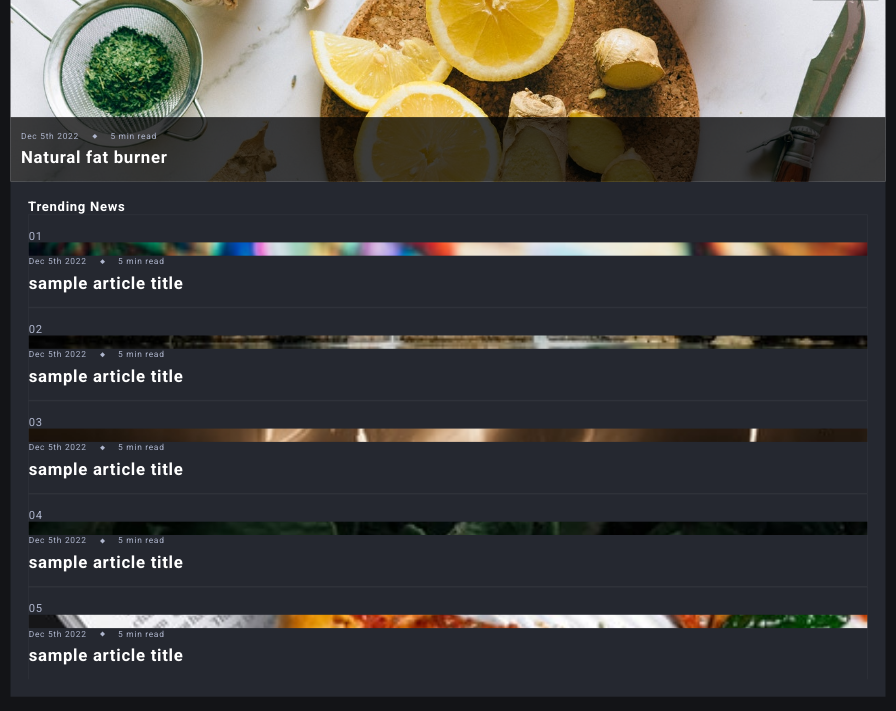
Repository: Junichi-Machii/news-blog-test
Page: index.html
The author's editor kept a copy of each file at every save. The page is drawn from the files as they stood at one save, then again after the next save.
The browser window is 1280 px wide. The pictures show the part of the page from y = 826 to 2746 px (the page is 1841 px tall before and 2746 px after), at 70% of full size.
The style sheet was rebuilt from its Sass, Less or Tailwind sources for each picture, by a compiler version that may differ from the author's.

Above is the page before, as saved 2023-05-12 11:16:41.

### index.html
<html lang="ja">
  <head>
    <meta charset="UTF-8" />
    <meta http-equiv="X-UA-Compatible" content="IE=edge" />
    <meta name="viewport" content="width=device-width, initial-scale=1.0" />
    <title>NewsFlash | Home</title>
    <!-- Favicon -->
    <link
      rel="icon"
      type="image/png"
      sizes="32x32"
      href="./assets/images/favicon.png"
    />
    <!-- Remix icons -->
    <link
      href="https://cdn.jsdelivr.net/npm/remixicon@2.5.0/fonts/remixicon.css"
      rel="stylesheet"
    />
    <!-- Swiper.js styles -->
    <link rel="stylesheet" href="./css/swiper-bundle.min.css" />
    <!-- Custom styles -->
    <link rel="stylesheet" href="./css/style.css" />
  </head>
  <body>
    <!-- Header -->
    <header class="header" id="header">
      <nav class="header__navbar container">
        <a href="./index.html">
          <h2 class="header__logo">News Blog</h2>
        </a>
        <div class="header__menu" id="menu">
          <ul class="list">
            <li class="header__menuItem">
              <a href="#" class="header__menuLink current">Home</a>
            </li>
            <li class="header__menuItem">
              <a href="#" class="header__menuLink">Category</a>
            </li>
            <li class="header__menuItem">
              <a href="#" class="header__menuLink">Reviews</a>
            </li>
            <li class="header__menuItem">
              <a href="#" class="header__menuLink">News</a>
            </li>
            <li class="header__menuItem">
              <a href="#" class="header__menuLink">Membership</a>
            </li>
            <li class="header__menuItem">
              <a href="#" class="header__menuLink">Contact</a>
            </li>
            <li class="header__menuItem screen-lg-hidden">
              <a href="#" class="header__menuLink">Sign In</a>
            </li>
            <li class="header__menuItem screen-lg-hidden">
              <a href="#" class="header__menuLink">Sign Up</a>
            </li>
          </ul>
        </div>

        <div class="list list__right">
          <button class="btn place__items-center" id="theme-toggle-btn">
            <i class="ri-sun-line sun-icon"></i>
            <i class="ri-moon-line moon-icon"></i>
          </button>

          <button class="btn place__items-center" id="search-icon">
            <i class="ri-search-line"></i>
          </button>

          <button
            class="btn place__items-center screen-lg-hidden menu-toggle-icon"
            id="menu-toggle-icon"
          >
            <i class="ri-menu-3-line open-menu-icon"></i>
            <i class="ri-close-line close-menu-icon"></i>
          </button>

          <a href="#" class="list-link screen-sm-hidden">Sign in</a>
          <a
            href="#"
            class="list-link screen-sm-hidden btn sign-up-btn fancy-boder"
          >
            <span>Sign in</span>
          </a>
        </div>
      </nav>
    </header>
    <!-- Search -->
    <div class="search-form-container container" id="search-form-container">
      <div class="form-container-inner">
        <form action="" class="form">
          <input
            type="text"
            placeholder="What are looking for?"
            class="form-input"
          />
          <button class="btn form-btn" type="submit">
            <i class="ri-search-line"></i>
          </button>
        </form>
        <span class="form-note">Or press ESC close.</span>
      </div>

      <button class="btn form-close-btn place-items-center" id="form-close-btn">
        <i class="ri-close-line"></i>
      </button>
    </div>
    <!-- Featured articles -->
    <section class="featured-articles section-header-offset">
      <div class="featured-articles-container container d-gird">
        <div class="featured-content d-grid">
          <div class="headline-banner">
            <h3 class="headline fancy-border">
              <span class="place-items-center">Breaking news</span>
            </h3>
            <span class="headline-description"
              >Apple announces a new partnership...</span
            >
          </div>

          <a
            href="./post.html"
            class="article featured-article featured-article-1"
          >
            <img
              src="./assets/images/featured/featured-1.jpg"
              class="article-image"
              alt=""
            />
            <span class="article-category">Technology</span>

            <div class="article-data-container">
              <div class="article-data">
                <span>Dec 5th 2023</span>
                <span class="article-data-spacer"></span>
                <span>8 min read</span>
              </div>
              <h3 class="title article-title">Is VR the future?</h3>
            </div>
          </a>

          <a
            href="./post.html"
            class="article featured-article featured-article-2"
          >
            <img
              src="./assets/images/featured/featured-2.jpg"
              class="article-image"
              alt=""
            />
            <span class="article-category">Technology</span>

            <div class="article-data-container">
              <div class="article-data">
                <span>Dec 6th 2022</span>
                <span class="article-data-spacer"></span>
                <span>4 Min read</span>
              </div>

              <h3 class="title article-title">Fine dining</h3>
            </div>
          </a>

          <a
            href="./post.html"
            class="article featured-article featured-article-3"
          >
            <img
              src="./assets/images/featured/featured-3.jpg"
              class="article-image"
              alt=""
            />
            <span class="article-category">Technology</span>

            <div class="article-data-container">
              <div class="article-data">
                <span>Dec 5th 2022</span>
                <span class="article-data-spacer"></span>
                <span>5 min read</span>
              </div>

              <h3 class="title article-title">Natural fat burner</h3>
            </div>
          </a>
        </div>

        <!-- sidebar -->

        <div class="sidebar d-grid">

            <h3 class="title featured-content-title">Trending News</h3>

            <a href="#" class="trending-news__box">
                <div class="trending-news__image-box">
                    <span class="trending-number place-items-center">01</span>
                    <img src="./assets/images/trending/trending_1.jpg" alt="" class="article-image">
                </div>

                <div class="trending-news__data">
                   <div class="article-data">
                        <span>Dec 5th 2022</span>
                        <span class="article-data-spacer"></span>
                        <span>5 min read</span>
                   </div>

                   <h3 class="title article-title">sample article title</h3>
                </div>
            </a>

            <a href="#" class="trending-news__box">
                <div class="trending-news__image-box">
                    <span class="trending-number place-items-center">02</span>
                    <img src="./assets/images/trending/trending_2.jpg" alt="" class="article-image">
                </div>

                <div class="trending-news__data">
                   <div class="article-data">
                        <span>Dec 5th 2022</span>
                        <span class="article-data-spacer"></span>
                        <span>5 min read</span>
                   </div>

                   <h3 class="title article-title">sample article title</h3>
                </div>
            </a>

            <a href="#" class="trending-news__box">
                <div class="trending-news__image-box">
                    <span class="trending-number place-items-center">03</span>
                    <img src="./assets/images/trending/trending_3.jpg" alt="" class="article-image">
                </div>

                <div class="trending-news__data">
                   <div class="article-data">
                        <span>Dec 5th 2022</span>
                        <span class="article-data-spacer"></span>
                        <span>5 min read</span>
                   </div>

                   <h3 class="title article-title">sample article title</h3>
                </div>
            </a>

            <a href="#" class="trending-news__box">
                <div class="trending-news__image-box">
                    <span class="trending-number place-items-center">04</span>
                    <img src="./assets/images/trending/trending_4.jpg" alt="" class="article-image">
                </div>

                <div class="trending-news__data">
                   <div class="article-data">
                        <span>Dec 5th 2022</span>
                        <span class="article-data-spacer"></span>
                        <span>5 min read</span>
                   </div>

                   <h3 class="title article-title">sample article title</h3>
                </div>
            </a>

            <a href="#" class="trending-news__box">
                <div class="trending-news__image-box">
                    <span class="trending-number place-items-center">05</span>
                    <img src="./assets/images/trending/trending_5.jpg" alt="" class="article-image">
                </div>

                <div class="trending-news__data">
                   <div class="article-data">
                        <span>Dec 5th 2022</span>
                        <span class="article-data-spacer"></span>
                        <span>5 min read</span>
                   </div>

                   <h3 class="title article-title">sample article title</h3>
                </div>
            </a>
        </div>
      </div>
    </section>
    <!-- Quick read -->

    <!-- Older posts -->

    <!-- Popular tags -->

    <!-- Newsletter -->

    <!-- Footer -->

    <!-- Swiper.js -->
    <script src="./js/swiper-bundle.min.js"></script>
    <!-- Custom script -->
    <script src="./js/main.js"></script>
  </body>
</html>

### js/main.js
// Grab elements
const selectElement = (selector) => {
  const element = document.querySelector(selector);
  if(element) return element;
  throw new Error(`Something went wrong! Make sure that ${selector} exists/is typed correctly.`);
};
//Nav styles on scroll
const scrollHeader = () => {
  const headerElement = selectElement('#header');
  if(this.scrollY >= 15) {
    headerElement.classList.add('activated');
  }else {
    headerElement.classList.remove('activated');
  }
};

window.addEventListener('scroll', scrollHeader)
// Open menu & search pop-up
const menuToggleIcon = selectElement('#menu-toggle-icon');

const toggleMenu = () =>{
  const mobileMenu = selectElement('#menu');
  mobileMenu.classList.toggle('activated');
  menuToggleIcon.classList.toggle('activated');
}

menuToggleIcon.addEventListener('click', toggleMenu);
// Open/Close search form popup
const formOpenBtn = selectElement('#search-icon');
const formCloseBtn = selectElement('#form-close-btn');
const searchFormContainer = selectElement('#search-form-container');

formOpenBtn.addEventListener('click', () => searchFormContainer.classList.add('activated'));

formCloseBtn.addEventListener('click', () => searchFormContainer.classList.remove('activated'));

// -- Close the search form popup on ESC keypress
window.addEventListener('keyup', event => {
  if(event.key === 'Escape') searchFormContainer.classList.remove('activated');
});
// Switch theme/add to local storage
const bodyElement = document.body;
const themeToggleBtn = selectElement('#theme-toggle-btn');
const currentTheme = localStorage.getItem('currentTheme');

if(currentTheme){
  bodyElement.classList.add('light-theme');
}

themeToggleBtn.addEventListener('click', () => {
  bodyElement.classList.toggle('light-theme');

  if(bodyElement.classList.contains('light-theme')){
    localStorage.setItem('currentTheme', 'themeActive');
  }else {
    localStorage.removeItem('currentTheme');
  }
});
// Swiper

### style.scss
/* Import font */
@import url("https://fonts.googleapis.com/css2?family=Roboto:ital,wght@0,400;0,700;1,400;1,700&display=swap");

@import url("https://fonts.googleapis.com/css2?family=Poppins:wght@300;400;600;700&display=swap");

/* Custom properties */
:root {
  --light-color: #fff;
  --light-color-alt: #afb6cd;
  --primary-background-color: #131417;
  --secondary-background-color: #252830;
  --hover-light-color: var(--light-color);
  --hover-dark-color: var(--primary-background-color);
  --gradient-color: linear-gradient(
    115deg,
    #4fcf70,
    #fad648,
    #a767e5,
    #12bcfe,
    #44ce7b
  );
  --transparent-light-color: rgba(255, 255, 255, 0.05);
  --transparent-dark-color: rgba(0, 0, 0, 0.75);
  --font-family: "Roboto", sans-serif;
  --font-size-xsm: 1.2rem;
  --font-size-sm: 1.6rem;
  --font-size-md: 2.4rem;
  --font-size-lg: 3rem;
  --font-size-xl: 4rem;
  --gap: 2rem;
  --margin-sm: 2rem;
  --margin-md: 3rem;
  --item-min-height-sm: 20rem;
  --item-min-height-md: 30rem;
}

/* Base styles */
body {
  font-family: var(--font-family);
  font-size: var(--font-size-sm);
  color: var(--light-color-alt);
  background-color: var(--primary-background-color);
  letter-spacing: 1px;
  transition: background-color 0.25s, color 0.25s;
}

a {
  text-decoration: none;
  color: inherit;
}

img {
  max-width: 100%;
  display: block;
}

ul {
  list-style: none;
}

input,
button {
  font: inherit;
  color: inherit;
  border: none;
  background-color: transparent;
  outline: none;
}

i {
  font-size: var(--font-size-md);
}

* {
  margin: 0;
  padding: 0;
  box-sizing: border-box;
}

html {
  // font-size: 10px;
  font-size: 62.5%;
}
/* Theme color change */
body.light-theme {
  --light-color: #3d3d3d;
  --light-color-alt: rgba(0, 0, 0, 0.6);
  --primary-background-color: #fff;
  --hover-light-color: #fff;
  --secondary-background-color: #f1f1f1;
  --transparent-light-color: #252830;
  --transparent-dark-color: rgba(0, 0, 0, 0.1);
}
/* Reusable classes */
.container {
  max-width: 160rem;
  margin: 0 auto;
  padding: 0 1.5rem;
}

.place__items-center {
  display: inline-block;
  align-items: center;
  justify-content: center;
}

.screen-sm-hidden {
  display: none;
}

.btn {
  cursor: pointer;
  &:hover,
  &:hover span {
    color: var(--light-color);
  }
}

.d-grid {
  display: grid;
}

.section {
  padding-block: 5rem;
}

.title {
  color: var(--light-color);
}
/* Header */
.header {
  background-color: var(--secondary-background-color);
  position: fixed;
  top: 0;
  left: 0;
  width: 100%;
  z-index: 999;

  &__navbar {
    display: flex;
    align-items: center;
    justify-content: space-between;
    padding-block: 1.5rem;
  }

  &__logo {
    font-size: var(--font-size-md);
    color: var(--light-color);
  }

  &__menu {
    position: absolute;
    top: 8.5rem;
    right: 1.5rem;
    width: 23rem;
    padding: 1.5rem;
    background-color: var(--secondary-background-color);
    opacity: 0;
    transform: scale(0);
    transition: opacity 0.25s ease-in-out;

    & > .list {
      flex-direction: column;
    }
  }

  &__menuLink {
    &:hover {
      color: var(--light-color);
    }

    &.current {
      color: var(--light-color);
    }
  }
}

.list {
  display: flex;
  align-items: center;
  gap: var(--gap);
}

.close-menu-icon {
  display: none;
}

.moon-icon {
  display: none;
}

.light-theme {
  & .sun-icon {
    display: none;
  }

  & .moon-icon {
    display: block;
  }
}

/* Header JavaScript Styles */
.header.activated {
  box-shadow: 0 1px 0.5rem --transparent-light-color;
}
.header__menu.activated {
  box-shadow: 1px 1px 1rem --transparent-light-color;
  opacity: 1;
  transform: scale(1);
}

.menu-toggle-icon.activated .open-menu-icon {
  display: none;
}

.menu-toggle-icon.activated .close-menu-icon {
  display: block;
}
/* Search */
.search-form-container {
  width: 100%;
  max-width: 100%;
  height: 100vh;
  background-color: var(--primary-background-color);
  position: fixed;
  top: 0;
  left: 0;
  z-index: 9999;
  display: flex;
  opacity: 0;
  transform: scale(0);
  transition: opacity 0.5s;
}

.form-container-inner {
  margin: auto;
  display: flex;
  flex-direction: column;
  gap: var(--gap);
  text-align: center;
}

.form {
  display: flex;
  justify-content: center;
}

.form-input,
.form-btn {
  display: inline-block;
  border: 2px solid var(--secondary-background-color);
  padding: 1.5rem;
}

.form-input {
  border-right: none;
  width: 100%;
}

.form-btn {
  margin-left: -0.5rem;
  border-left: none;
  background-color: var(--secondary-background-color);
  width: 8rem;
}

.form-note {
  font-size: var(--font-size-xsm);
  align-self: flex-end;
}

.form-close-btn {
  position: absolute;
  top: 1.5rem;
  right: 1.5rem;
  border: 2px solid var(--secondary-background-color);
  width: 4rem;
  height: 4rem;
}
/* Form JavaScript styles */
.search-form-container.activated {
  opacity: 1;
  transform: scale(1);
}
/* Featured articles */
.featured-articles {
  padding-block: 2rem;
}

.section-header-offset {
  margin-top: 7.4rem;
}

.featured-articles-container,
.featured-content {
  gap: var(--gap);
}

.headline-banner {
  background-color: var(--secondary-background-color);
  display: flex;
  align-items: center;
  gap: var(--gap);
  font-size: var(--font-size-xsm);
}

.headline {
  color: var(--light-color);
  font-size: 1rem;
  text-transform: uppercase;
  text-align: center;
  padding: 0.4rem;
  height: 100%;

  & span {
    height: inherit;
  }
}

.fancy-border {
  position: relative;
  overflow: hidden;

  &::before {
    content: "";
    position: absolute;
    top: 0;
    left: 0;
    width: 200%;
    height: 100%;
    background: var(--gradient-color);
    background-size: 50% 100%;
    z-index: 5;
  }

  & span {
    position: relative;
    z-index: 10;
    display: inline-flex;
    padding: 0.6rem 1.5rem;
    background-color: var(--secondary-background-color);
  }
}

.article {
  position: relative;
  min-height: var(--item-min-height-md);

  &-image {
    position: absolute;
    width: 100%;
    height: 100%;
    object-fit: cover;
    transition: transform 0.25s;
  }

  &-category {
    position: absolute;
    top: 1rem;
    right: 1rem;
    padding: 1rem;
    font-size: 1rem;
    background-color: var(--primary-background-color);
    color: var(--light-color);
    text-transform: uppercase;
    z-index: 10;
  }

  &-data-container {
    position: absolute;
    bottom: 0;
    left: 0;
    padding: 2rem 1.5rem;
    background-color: var(--transparent-dark-color);
    z-index: 10;
    width: 100%;
    transition: background-color 0.5s;
  }

  &:hover &-data-container {
    background-color: var(--hover-dark-color);
    color: var(--hover-light-color);
  }
  &:hover &-data-spacer {
    background-color: var(--hover-light-color);
  }

  &-data {
    display: flex;
    align-items: center;
    gap: var(--gap);
    font-size: var(--font-size-xsm);
    margin-bottom: 1rem;
  }

  &-data-spacer {
    width: 0.5rem;
    height: 0.5rem;
    background-color: var(--light-color-alt);
    transform: rotate(45deg);
  }

  &-title {
    font-size: var(--font-size-md);
  }
}

/* Featured articles - Sidebar */
.sidebar {
  background-color: var(--secondary-background-color);
  padding: 2.5rem;
}

.trending-news {
  &__box {
    display: flex;
    flex-direction: column;
    gap: var(--gap);
    padding-block: 2rem;
    border: 1px solid var(--transparent-light-color);

    &:last-of-type {
      border-bottom: none;
    }
  }

  &__image-box {
    position: relative;
    width: 100%;
    height: --i;
  }
}
/* Quick read */

/* Quick read - Swiper */

/* Older posts */

/* Popular tags */

/* Newsletter */

/* Footer */

/* Scrollbar styles */

/* Blog post */

/* Media queries */

Loaded but not shown: css/swiper-bundle.min.css (library); js/swiper-bundle.min.js (library)

After the next save:
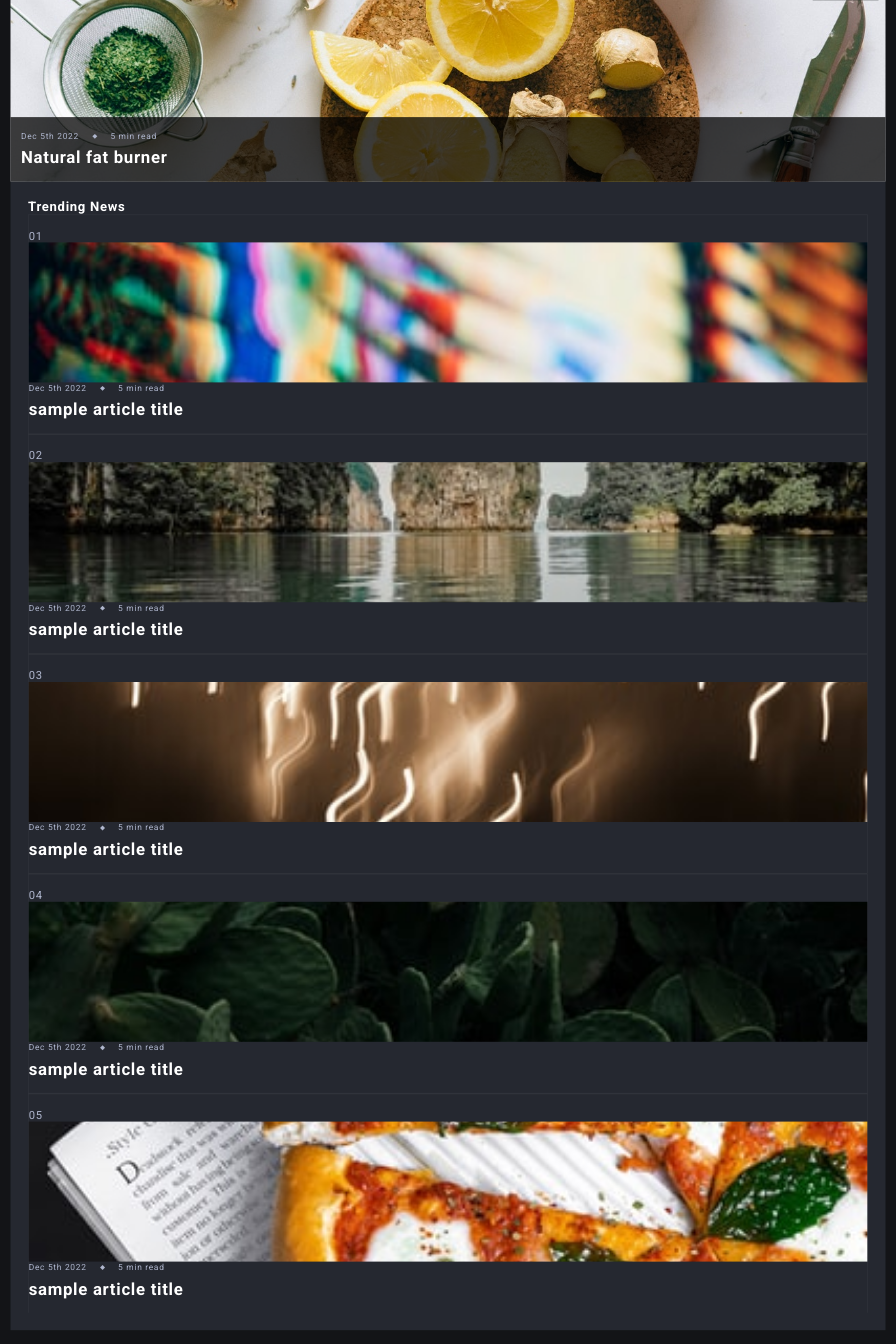
Saved 7 s later.
--- a/style.scss
+++ b/style.scss
@@ -427,7 +427,7 @@ body.light-theme {
   &__image-box {
     position: relative;
     width: 100%;
-    height: --i;
+    height: var(--item-min-height-sm);
   }
 }
 /* Quick read */
